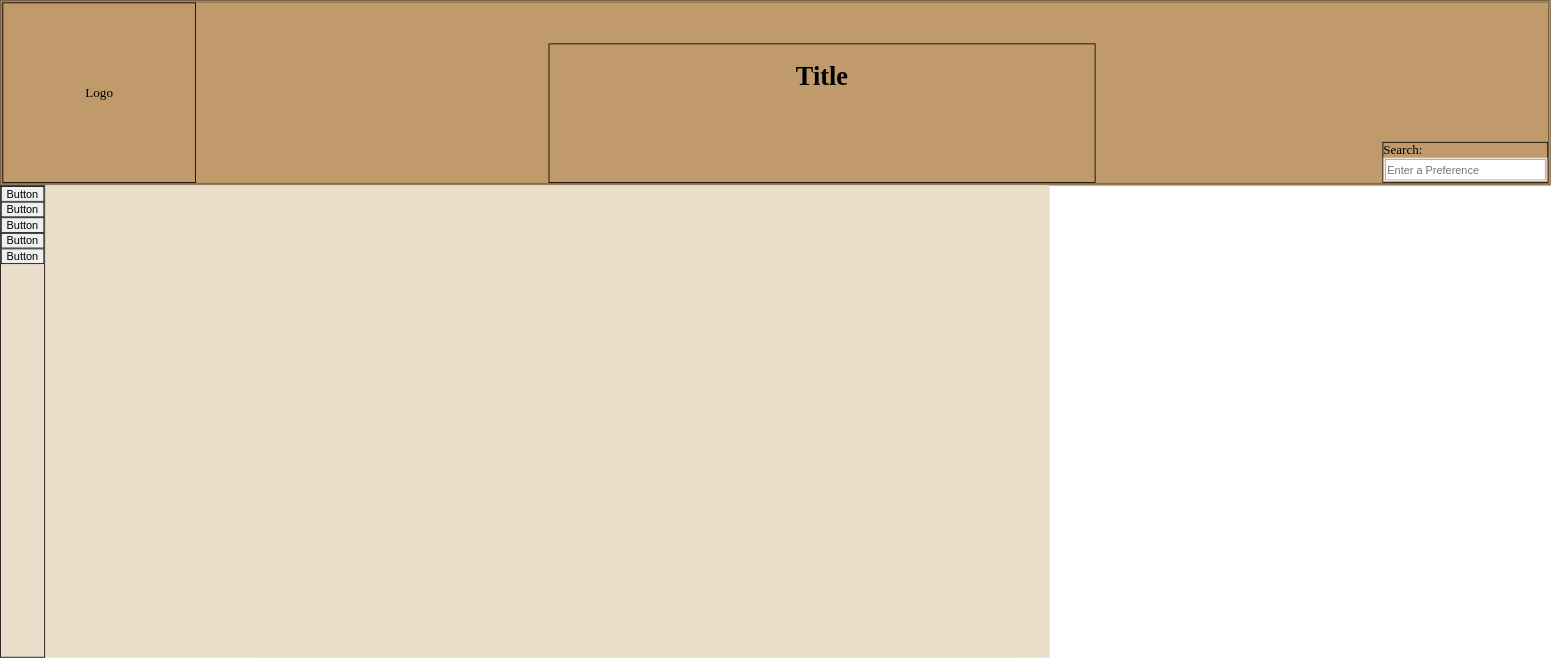
Repository: joshliu14/Travel-Mug
Page: /
These files come from the project's save history. The page is drawn as it stood at one moment and after the next save; the edit follows.
The browser window is 1280 px wide. The page is 1891 px wide, so the pictures cover 1891 px, including what lies to the right of the window. The pictures show the whole page, at 82% of full size.
The project was rebuilt for these pictures with package versions that can differ from the ones it lists, and the page was loaded fresh each time.

Above is the page before, as saved 2024-01-02 16:32:50.

After the next save:
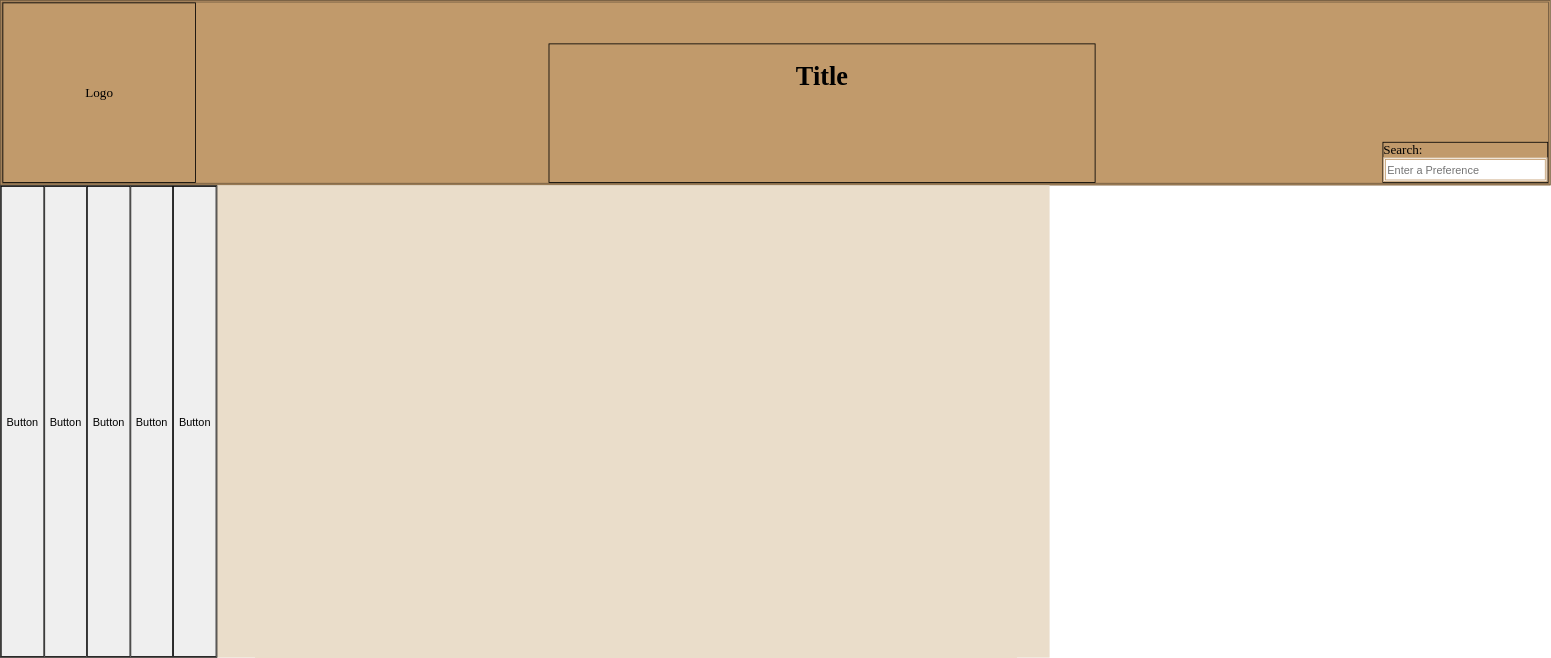
Saved 21 s later.
--- a/src/Home.js
+++ b/src/Home.js
@@ -26,13 +26,11 @@ class Search extends React.Component {
         </div>
         <div className="bottom">
           <div className="aside">
-            <div className="filter">
-              <button>Button</button>
-              <button>Button</button>
-              <button>Button</button>
-              <button>Button</button>
-              <button>Button</button>
-            </div>
+            <button>Button</button>
+            <button>Button</button>
+            <button>Button</button>
+            <button>Button</button>
+            <button>Button</button>
           </div>
         </div>
       </div>
